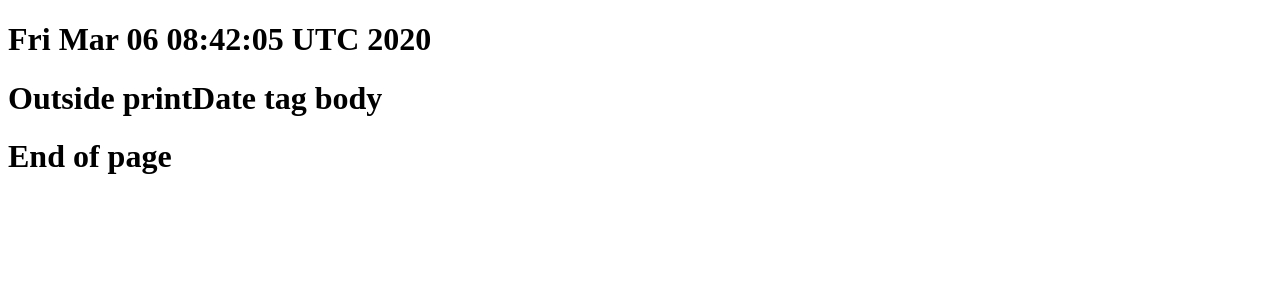
Repository: Solankinikhil/DailyWork
Page: http://localhost/CustomTag/date.jsp
An editor plug-in stored every save of this project. The page is shown before and after a run of saves, followed by the edit.
The browser window is 1280 px wide. The pictures show the whole page.
The page is served by Tomcat 9.

Above is the page before, as saved 2020-03-11 05:04:45.

### eclipse-workspace/CustomTag/WebContent/date.jsp
<%@ page language="java" contentType="text/html; charset=ISO-8859-1"
	pageEncoding="ISO-8859-1"%>
<%@taglib prefix="pd" uri="/WEB-INF/tlds/tagLibraryDescriptor.tld"%>
<!DOCTYPE html>
<html>
<head>
<meta charset="ISO-8859-1">
<title>Insert title here</title>
</head>
<body>
	<pd:printDate>
	<h1>Inside printDate tag body</h1>
	</pd:printDate>
	<h1>Outside printDate tag body</h1>
	<h1>End of page</h1>
</body>
</html>

### eclipse-workspace/CustomTag/src/com/cts/customTag/TagHandler.java
package com.cts.customTag;

import java.util.Date;

import javax.servlet.jsp.JspException;
import javax.servlet.jsp.JspWriter;
import javax.servlet.jsp.tagext.TagSupport;

import org.apache.jasper.runtime.JspWriterImpl;

public class TagHandler extends TagSupport {
	@Override
	public int doStartTag() throws JspException {
		System.out.println("from doStartTag()");
		JspWriter out = pageContext.getOut();
		try {
			out.write("<h1>" + new Date() + "</h1>");
		} catch (Exception e) {
			// TODO: handle exception
		}
		//return super.doStartTag();
		return SKIP_BODY;
	}

	@Override
	public int doEndTag() throws JspException {
		System.out.println("from doEndTag()");
		//return super.doEndTag();
		return EVAL_PAGE;
	}
}

After the next 2 saves:
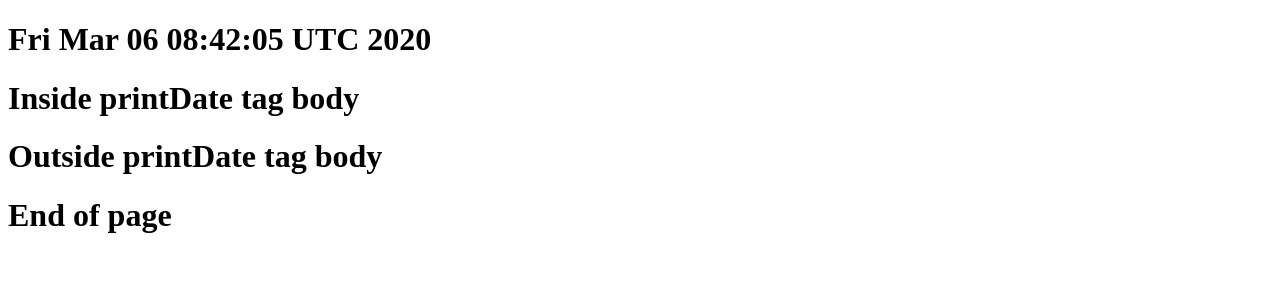
The 2 saves are shown as one change because 1 did not build or start.
The last was saved 87 s later.
--- a/eclipse-workspace/CustomTag/src/com/cts/customTag/TagHandler.java
+++ b/eclipse-workspace/CustomTag/src/com/cts/customTag/TagHandler.java
@@ -18,14 +18,14 @@ public class TagHandler extends TagSupport {
 		} catch (Exception e) {
 			// TODO: handle exception
 		}
-		//return super.doStartTag();
-		return SKIP_BODY;
+		return EVAL_BODY_INCLUDE;
+		//return SKIP_BODY;
 	}
 
 	@Override
 	public int doEndTag() throws JspException {
 		System.out.println("from doEndTag()");
-		//return super.doEndTag();
+
 		return EVAL_PAGE;
 	}
 }
